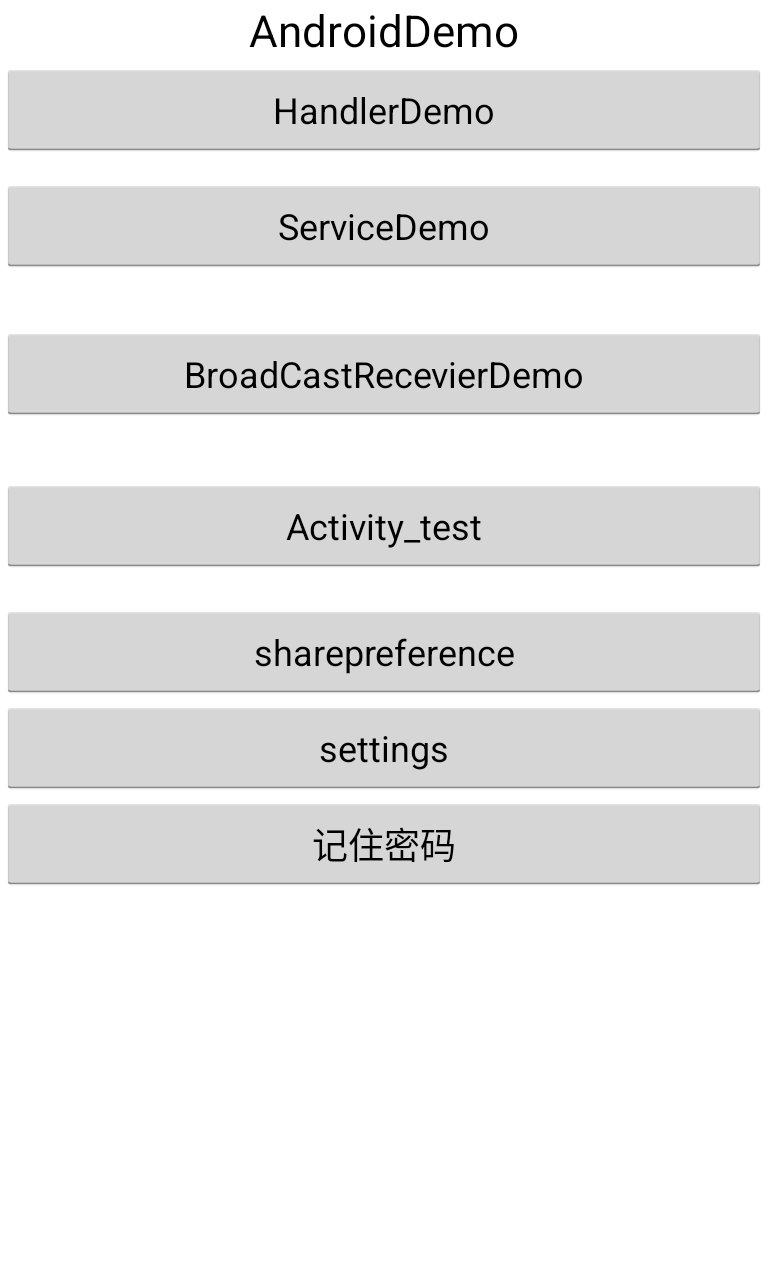
Repository: fengzixu/AndroidLearing
Layout: MyTestPrograme/AndroidDemo/res/layout/activity_main.xml
The author's editor kept a copy of each file at every save. The layout is drawn from the files as they stood at one save, then again after the next save.
It is drawn on a 768 x 1280 px phone screen (xhdpi) without system bars, with theme AppTheme; the app's code is not run.

Above is the layout before, as saved 2015-05-11 13:35:52.

### MyTestPrograme/AndroidDemo/res/layout/activity_main.xml
<ScrollView xmlns:android="http://schemas.android.com/apk/res/android"
    xmlns:tools="http://schemas.android.com/tools"
    android:layout_width="match_parent"
    android:layout_height="match_parent" >

    <RelativeLayout
        android:layout_width="match_parent"
        android:layout_height="match_parent" >

        <TextView
            android:id="@+id/textView1"
            android:layout_width="wrap_content"
            android:layout_height="wrap_content"
            android:layout_alignParentTop="true"
            android:layout_centerHorizontal="true"
            android:text="AndroidDemo"
            android:textAppearance="?android:attr/textAppearanceLarge" />

        <Button
            android:id="@+id/HandlerDemo"
            android:layout_width="match_parent"
            android:layout_height="wrap_content"
            android:layout_centerHorizontal="true"
            android:layout_marginTop="31dp"
            android:onClick="HandlerDemo"
            android:text="HandlerDemo" />

        <Button
            android:id="@+id/ServiceDemo"
            android:layout_width="match_parent"
            android:layout_height="wrap_content"
            android:layout_alignParentLeft="true"
            android:layout_below="@id/HandlerDemo"
            android:layout_marginTop="10dp"
            android:onClick="ServiceDemo"
            android:text="ServiceDemo" />

        <Button
            android:id="@+id/BroadCastRecevierDemo"
            android:layout_width="match_parent"
            android:layout_height="wrap_content"
            android:layout_alignParentLeft="true"
            android:layout_below="@+id/ServiceDemo"
            android:layout_marginTop="26dp"
            android:onClick="BroadCastRecevierDemo"
            android:text="BroadCastRecevierDemo" />

        <Button
            android:id="@+id/Activity_test_button1"
            android:layout_width="match_parent"
            android:layout_height="wrap_content"
            android:layout_below="@+id/BroadCastRecevierDemo"
            android:layout_centerHorizontal="true"
            android:layout_marginTop="28dp"
            android:onClick="Activitytest"
            android:text="Activity_test" />

        <Button
            android:id="@+id/sharepreference_button1"
            android:layout_width="match_parent"
            android:layout_height="wrap_content"
            android:layout_alignParentLeft="true"
            android:layout_below="@+id/BroadCastRecevierDemo"
            android:layout_marginTop="91dp"
            android:onClick="sharepreference"
            android:text="sharepreference" />

        <Button
            android:id="@+id/settings_button1"
            android:layout_width="match_parent"
            android:layout_height="wrap_content"
            android:layout_below="@+id/sharepreference_button1"
            android:layout_centerHorizontal="true"
            android:onClick="settings"
            android:text="settings" />
                <Button
            android:id="@+id/savepasswd_button1"
            android:layout_width="match_parent"
            android:layout_height="wrap_content"
            android:layout_below="@id/settings_button1"
            android:layout_centerHorizontal="true"
            android:onClick="savepasswd"
            android:text="记住密码" />
    </RelativeLayout>

</ScrollView>

Loaded but not shown: MyTestPrograme/AndroidDemo/res/values/styles.xml (common file); MyTestPrograme/AndroidDemo/res/values-v11/styles.xml (common file); MyTestPrograme/AndroidDemo/res/values-v14/styles.xml (common file)

After the next save:
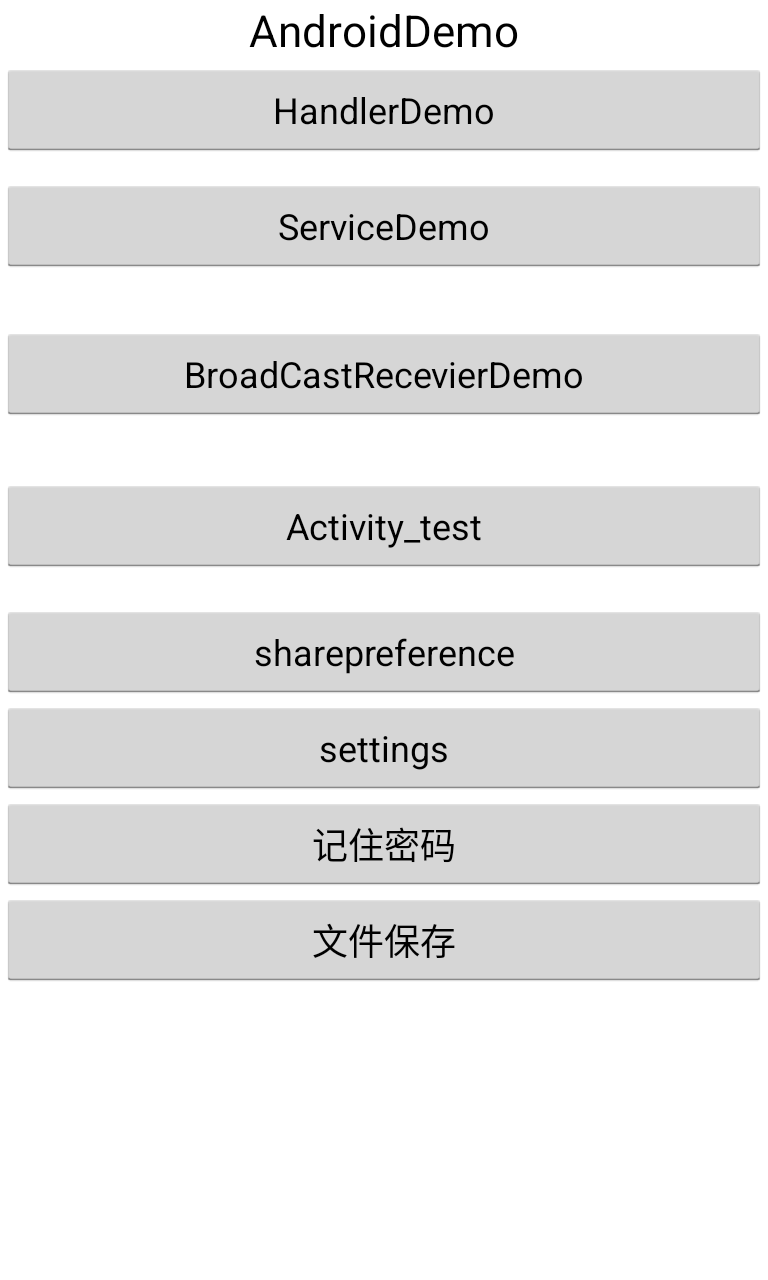
Saved 101 s later.
--- a/MyTestPrograme/AndroidDemo/res/layout/activity_main.xml
+++ b/MyTestPrograme/AndroidDemo/res/layout/activity_main.xml
@@ -81,6 +81,14 @@
             android:layout_centerHorizontal="true"
             android:onClick="savepasswd"
             android:text="记住密码" />
+                                <Button
+            android:id="@+id/savefile_button1"
+            android:layout_width="match_parent"
+            android:layout_height="wrap_content"
+            android:layout_below="@id/savepasswd_button1"
+            android:layout_centerHorizontal="true"
+            android:onClick="savefile"
+            android:text="文件保存" />
     </RelativeLayout>
 
 </ScrollView>
